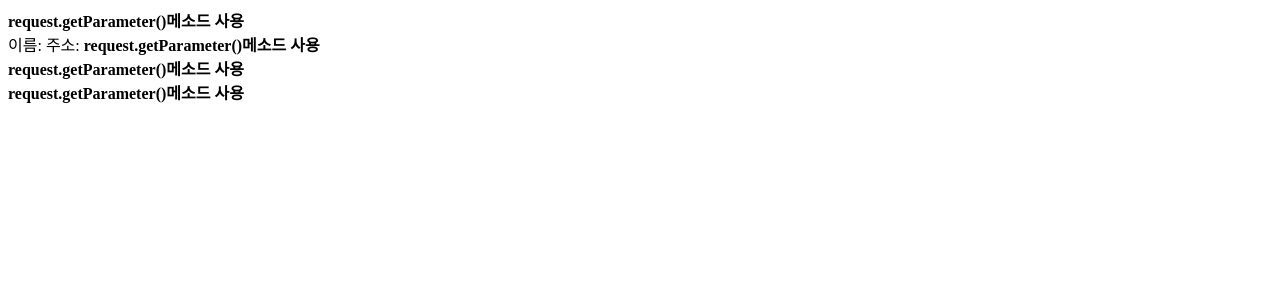
Repository: sgnq008-tech/JSP
Page: http://localhost/WebProject/implicit/viewParameter.jsp
The author's editor kept a copy of each file at every save. The page is drawn from the files as they stood at one save, then again after the next save.
The browser window is 1280 px wide. The pictures show the whole page.
The page is served by Tomcat 9.

Above is the page before, as saved 2026-09-10 07:09:21.

After the next save:
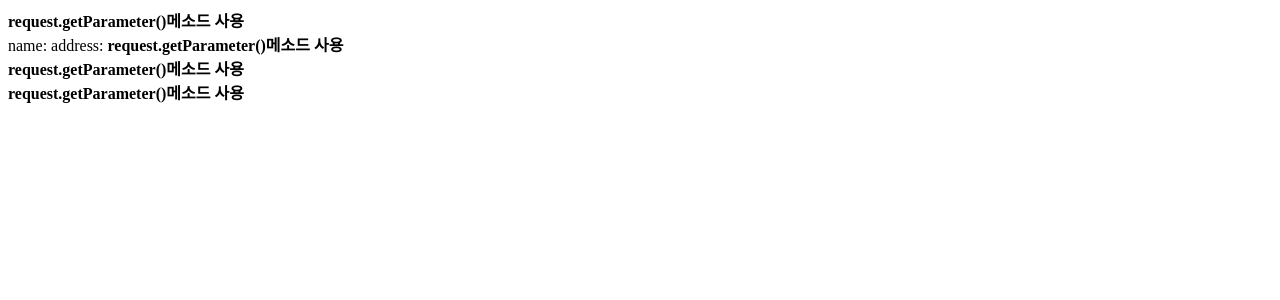
Saved 11 s later.
--- a/jsp_workspace/WebProject/src/main/webapp/implicit/viewParameter.jsp
+++ b/jsp_workspace/WebProject/src/main/webapp/implicit/viewParameter.jsp
@@ -12,8 +12,8 @@
 </head>
 <body>
 <b> request.getParameter()메소드 사용</b><br>
-  이름:
-  주소:
+  name:
+  address:
 <b> request.getParameter()메소드 사용</b><br>
 
 <b> request.getParameter()메소드 사용</b><br>
